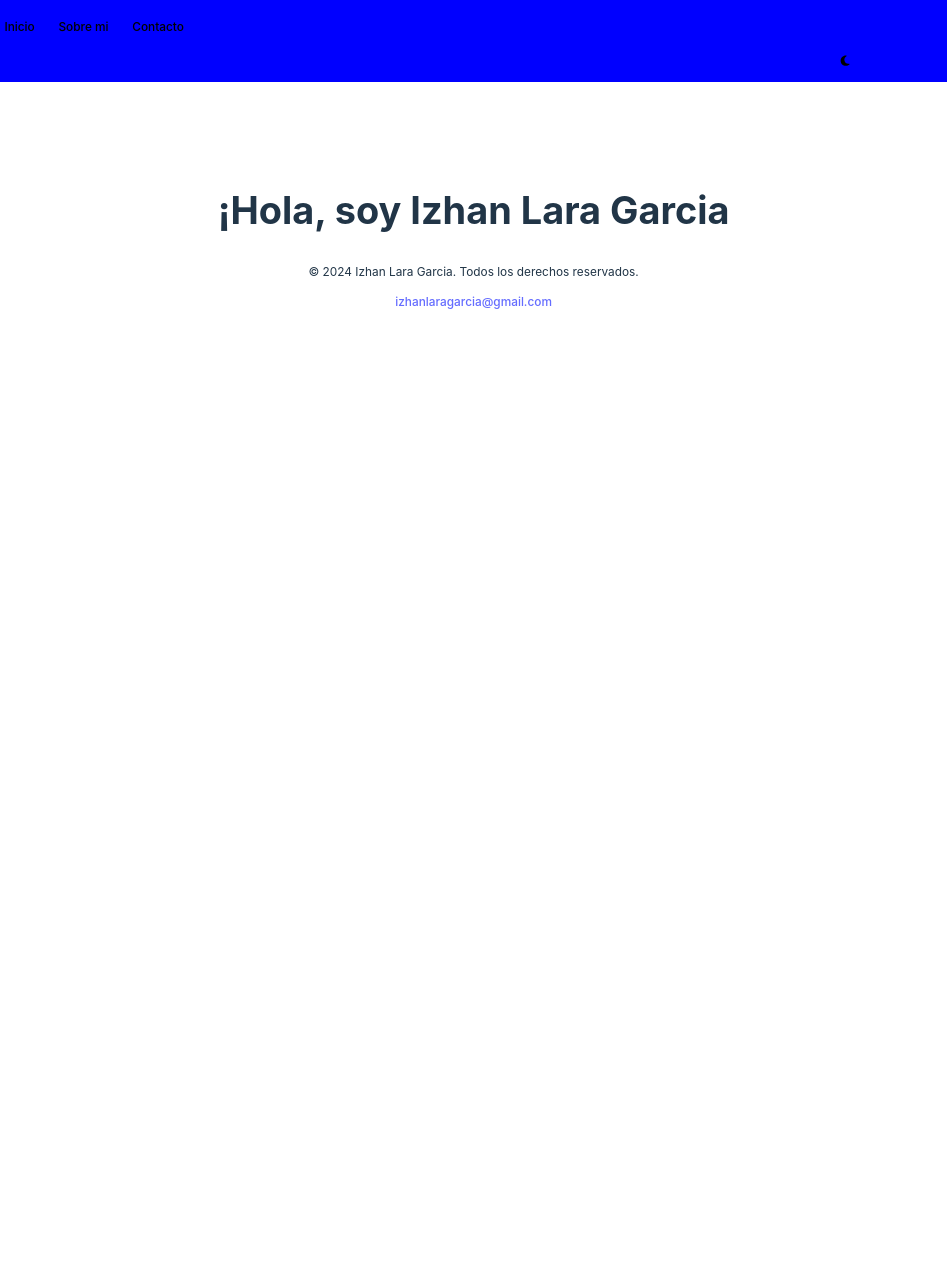
Repository: izhanlaraagarcia/izhanlaraagarcia.github.io
Page: / (app in vite-project/)
An editor plug-in stored every save of this project. The page is shown before and after the next save, followed by the edit.
The browser window is 1280 px wide. The pictures show the whole page, at 74% of full size.
The project was rebuilt for these pictures with package versions that can differ from the ones it lists, and the page was loaded fresh each time. Also part of the build but not shown: vite-project/vite.config.js, vite-project/src/Home/Styles/estilos.css, vite-project/src/Componentes-Generales/styles/banner.css, vite-project/src/pages/About/about.jsx, vite-project/src/pages/Contact/contact.jsx.

Above is the page before, as saved 2024-07-10 14:03:09.

### vite-project/index.html
<!doctype html>
<html lang="en">
  <head>
    <meta charset="UTF-8" />
    <meta name="viewport" content="width=device-width, initial-scale=1.0" />
    <title>Izhan Lara Garcia</title>
  </head>
  <body>
    <div id="root"></div>
    <script type="module" src="/src/main.jsx"></script>
  </body>
</html>

### vite-project/src/App.jsx
import React from 'react';
import { BrowserRouter as Router, Route, Routes } from 'react-router-dom';
import Menu from './Componentes-Generales/menu.jsx';
import Inicio from './Home/Inicio.jsx';
import About from './pages/About/about.jsx';
import Contact from './pages/Contact/contact.jsx';

class App extends React.Component {
  render() {
    return (
      <Router>
        <Menu />
        <Routes>
          <Route path="/" element={<Inicio />} />
          <Route path="/sobre-mi" element={<About />} />
          <Route path="/contacto" element={<Contact />} />
        </Routes>
      </Router>
    );
  }
}

export default App;

### vite-project/src/index.css
:root {
  font-family: Inter, system-ui, Avenir, Helvetica, Arial, sans-serif;
  line-height: 1.5;
  font-weight: 400;

  color-scheme: light dark;
  color: rgba(255, 255, 255, 0.87);
  background-color: #242424;

  font-synthesis: none;
  text-rendering: optimizeLegibility;
  -webkit-font-smoothing: antialiased;
  -moz-osx-font-smoothing: grayscale;
}

a {
  font-weight: 500;
  color: #646cff;
  text-decoration: inherit;
}
a:hover {
  color: #535bf2;
}

body {
  margin-top: 20%;
  text-align: center;
  min-width: 320px;
  min-height: 200vh;
}

h1 {
  font-size: 3.2em;
  line-height: 1.1;
}

button {
  border-radius: 8px;
  border: 1px solid transparent;
  padding: 0.6em 1.2em;
  font-size: 1em;
  font-weight: 500;
  font-family: inherit;
  background-color: #1a1a1a;
  cursor: pointer;
  transition: border-color 0.25s;
}
button:hover {
  border-color: #646cff;
}
button:focus,
button:focus-visible {
  outline: 4px auto -webkit-focus-ring-color;
}

@media (prefers-color-scheme: light) {
  :root {
    color: #213547;
    background-color: #ffffff;
  }
  a:hover {
    color: #747bff;
  }
  button {
    background-color: #f9f9f9;
  }
}

### vite-project/src/Componentes-Generales/menu.jsx
import React from "react";
import { Link } from "react-router-dom";
import "./styles/menu.css";

import TemaComponent from "./thema";

class Menu extends React.Component {
  render() {
    return (
      <header>
        <nav>
          <ul>
            <li>
              <Link to="/">Inicio</Link>
            </li>
            <li>
              <Link to="/sobre-mi">Sobre mi</Link>
            </li>
            <li>
              <Link to="/contacto">Contacto</Link>
            </li>
            <li>
              <TemaComponent/>
            </li>
          </ul>
        </nav>
      </header>
    );
  }
}

export default Menu;

### vite-project/src/Home/Inicio.jsx
import React from "react";
import "./Styles/estilos.css";

import Banner from '../Componentes-Generales/banner'
import Footer from '../Componentes-Generales/footer'


class Inicio extends React.Component {
  render() {
    return (
      // Pequeña presentacion para el inicio
      <>
        <Banner /><Footer /></>
    );
  }
}

export default Inicio;

### vite-project/src/Componentes-Generales/styles/menu.css
nav {
    top: 0;
    right: 0;
    margin: 0%;
    padding: 10px;
    position: fixed;
    width: 100%;

    background-color: blue;
}

nav ul {
    list-style-type: none;
    padding: 0;
    margin: 0;
}

nav a {
    float: left;
    display: block;
    color: black;
    text-align: center;
    padding: 14px 16px;
}

nav ul li a:hover {
    background-color: aliceblue;
}

.blackbutton {
    background: unset;
    border: none;
    cursor: pointer;
}

### vite-project/src/Componentes-Generales/thema.jsx
import React, { useState } from 'react';
import { FontAwesomeIcon } from '@fortawesome/react-fontawesome';
import { faSun, faMoon } from '@fortawesome/free-solid-svg-icons';

const TemaComponent = () => {
  const [dark, setDark] = useState(false);

  const handleClick = () => {
    if (dark) {
      document.body.style.backgroundColor = "white";
      setDark(false);
    } else {
      document.body.style.backgroundColor = "darkgrey";
      setDark(true);
    }
  };

  return (
    <button
      id="tema"
      style={{ cursor: 'pointer', background: 'none', border: 'none', outline: 'none' , marginLeft: '80%'}}
      onClick={handleClick}
      aria-label={dark ? 'Cambiar al modo claro' : 'Cambiar al modo oscuro'}
    >
      <FontAwesomeIcon icon={dark ? faSun : faMoon} style={{ color: dark ? 'black' : 'inherit' }} />
    </button>
  );
};

export default TemaComponent;

### vite-project/src/Componentes-Generales/banner.jsx
import React from "react";
import "./styles/banner.css";

class Banner extends React.Component {
  render() {
    return (
      <div>
        <section id="welcome">
          <h1>¡Hola, soy Izhan Lara Garcia</h1>
        </section>
      </div>
    );
  }
}

export default Banner;

### vite-project/src/Componentes-Generales/footer.jsx
import React from "react";
import './styles/footer.css'


class Footer extends React.Component{
    render(){
        return (
            <footer id="footer">
            <p>© 2024 Izhan Lara Garcia. Todos los derechos reservados.</p>
            <a href="mailto:izhanlaragarcia@gmail.com">izhanlaragarcia@gmail.com</a>
          </footer>
        )
    }
}

export default Footer;

### vite-project/src/Componentes-Generales/styles/footer.css
footer{
    position: relative;
    text-decoration: none;
}

footer a:hover{
    text-decoration: underline;
}

Loaded but not shown: vite-project/src/main.jsx (common file)

After the next save:
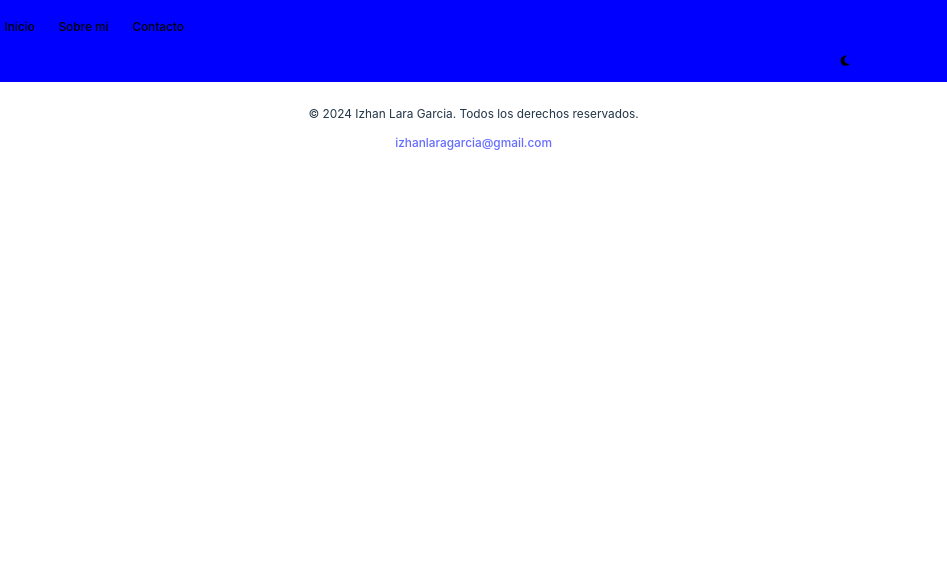
Saved 5 s later.
--- a/vite-project/src/index.css
+++ b/vite-project/src/index.css
@@ -23,10 +23,9 @@ a:hover {
 }
 
 body {
-  margin-top: 20%;
   text-align: center;
   min-width: 320px;
-  min-height: 200vh;
+  min-height: 100vh;
 }
 
 h1 {
